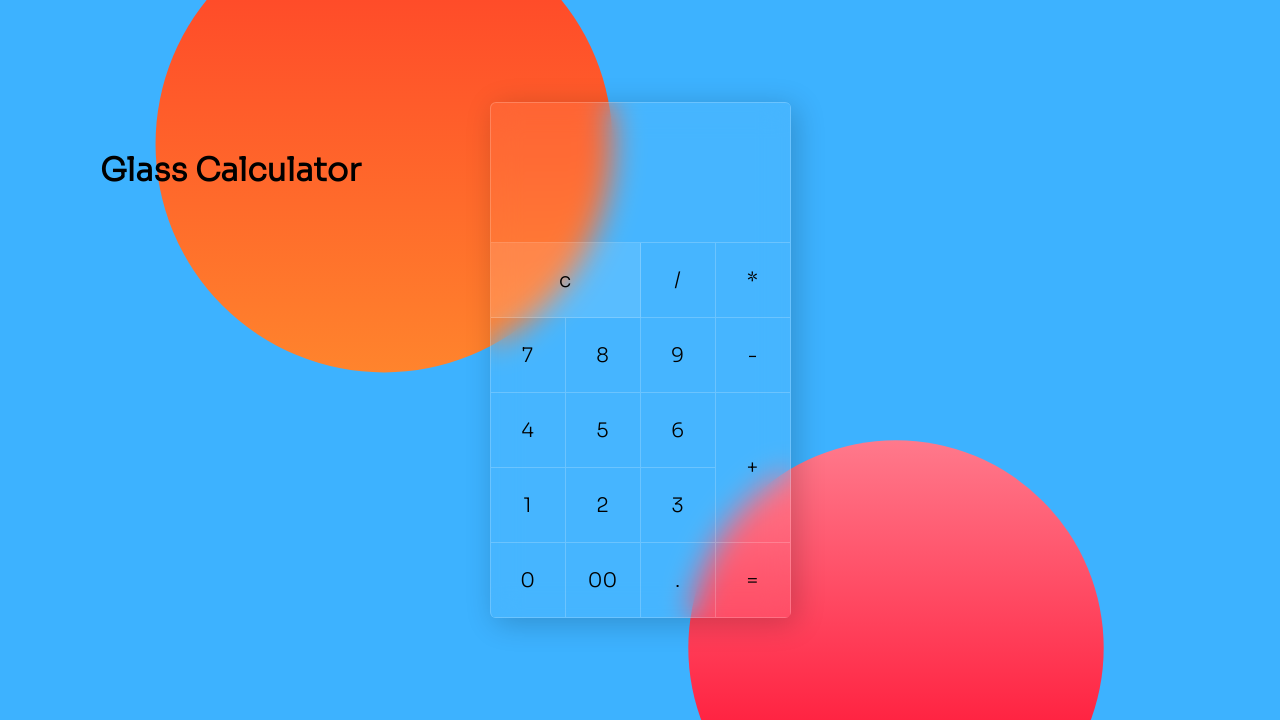
Repository: tharunkumaar404/Glass-Calci
Page: index.html
These files come from the project's save history. The page is drawn as it stood at one moment and after the next save; the edit follows.
The browser window is 1280 px wide. The pictures show the whole page.

Above is the page before, as saved 2021-08-26 15:14:27.

### index.html
<!DOCTYPE html>
<html lang="en">
<head>
    <meta charset="UTF-8">
    <meta http-equiv="X-UA-Compatible" content="IE=edge">
    <meta name="viewport" content="width=device-width, initial-scale=1.0">
    <title>Calculator</title>
    <link rel="stylesheet" href="styles.css">
</head>
<body>
    <div class="container">
        <form class="calculator" name="calc">
            <input type="text" readonly class="value" name="txt"/>
            <span class="num clear" onclick="calc.txt.value = ''">c</span>
            <span class="num" onclick="document.calc.txt.value +='/'">/</span>
            <span class="num" onclick="document.calc.txt.value +='*'">*</span>
            <span class="num" onclick="document.calc.txt.value +='7'">7</span>
            <span class="num" onclick="document.calc.txt.value +='8'">8</span>
            <span class="num" onclick="document.calc.txt.value +='9'">9</span>
            <span class="num" onclick="document.calc.txt.value +='-'">-</span>
            <span class="num" onclick="document.calc.txt.value +='4'">4</span>
            <span class="num " onclick="document.calc.txt.value +='5'">5</span>
            <span class="num" onclick="document.calc.txt.value +='6'">6</span>
            <span class="num plus" onclick="document.calc.txt.value +='+'">+</span>
            <span class="num" onclick="document.calc.txt.value +='1'">1</span>
            <span class="num" onclick="document.calc.txt.value +='2'">2</span>
            <span class="num" onclick="document.calc.txt.value +='3'">3</span>
            <span class="num" onclick="document.calc.txt.value +='0'">0</span>
            <span class="num" onclick="document.calc.txt.value +='00'">00</span>
            <span class="num" onclick="document.calc.txt.value +='.'"">.</span>
            <span class="num equal" onclick="document.calc.txt.value =eval(calc.txt.value)">=</span>
        </form>
    </div>
    <h1>Glass Calculator</h1>
    <script type="text/javascript" src="vanilla-tilt.js"></script>
    <script type="text/javascript">
    	VanillaTilt.init(document.querySelector(".container"), {
    		max: 15,
    		speed: 400,
            glare: true,
            "max-glare":0.2,
            gyroscope:true,
    	});
    </script>
</body>
</html>

### styles.css
@import url('https://fonts.googleapis.com/css2?family=Sora:wght@300&display=swap');

*{
    margin: 0;
    padding: 0;
    box-sizing: border-box;
    font-family: 'Sora', sans-serif;
}

body{
display:flex;
justify-content: center;
align-items: center;
min-height: 100vh;
background: #3DB2FF;
}

body::before{
    content: '';
    position: absolute;
    top: 0;
    left:0;
    width: 100%;
    height:100%;
    background:linear-gradient(#FF4C29,#FFB830);
    clip-path: circle(22% at 30% 20%);
}
body::after{
    content: '';
    position: absolute;
    top: 0;
    left:0;
    width: 100%;
    height:100%;
    background:linear-gradient(#fff,#FF2442);
    clip-path: circle(20% at 70% 90%);
}

.container{
    position:relative;
    background: rgba(255,255,255,0.05);
    border-radius: 6px;
    overflow: hidden;
    z-index:10;
    backdrop-filter: blur(15px);
    border-top: 1px solid rgba(255,255,255,0.2);
    border-left:1px solid rgba(255,255,255,0.2);
    box-shadow: 5px 5px 30px rgba(0,0,0,0.2);

}

.container .calculator{
    position:relative;
    display:grid;

}

.container .calculator .value{
    grid-column: span 4;
    height: 140px;
    width:300px;
    text-align:right;
    border:none;
    outline:none;
    padding:10px;
    font-size:30px;
    background: transparent;
    color: #000;
    border-bottom: 1px solid rgba(255,255,255,0.2);
    border-right:1px solid rgba(255,255,255,0.2);


}
.container .calculator span {
    display:grid;
    place-items:center;
    height: 75px;
    width:75px;
    color:black;
    cursor:pointer;
    font-weight:400;
    font-size:20px;
    user-select:none;
    border-bottom: 1px solid rgba(255,255,255,0.2);
    border-right:1px solid rgba(255,255,255,0.2);
    transition: 0.5s;


}
.container .calculator span:hover{
    transition: 0s;
    background: rgba(255,255,255,0.2);
}

.container .calculator span:active{
    background: #3DB2FF;
    color: #F7F3E9;
    font-size: 24px;
    font-weight: 500;

}
.container .calculator .clear{
    grid-column: span 2;
    width:150px;
    background: rgba(255,255,255,0.1);
}
.container .calculator .plus{
grid-row: span 2;
height:150px;
}

h1{
    position: absolute;
    left:100px;
    top:150px;
}

### vanilla-tilt.js
var VanillaTilt = (function () {
'use strict';

/**
 * Created by Sergiu Șandor (micku7zu) on 1/27/2017.
 * Original idea: https://github.com/gijsroge/tilt.js
 * MIT License.
 * Version 1.7.1
 */

class VanillaTilt {
  constructor(element, settings = {}) {
    if (!(element instanceof Node)) {
      throw ("Can't initialize VanillaTilt because " + element + " is not a Node.");
    }

    this.width = null;
    this.height = null;
    this.clientWidth = null;
    this.clientHeight = null;
    this.left = null;
    this.top = null;

    // for Gyroscope sampling
    this.gammazero = null;
    this.betazero = null;
    this.lastgammazero = null;
    this.lastbetazero = null;

    this.transitionTimeout = null;
    this.updateCall = null;
    this.event = null;

    this.updateBind = this.update.bind(this);
    this.resetBind = this.reset.bind(this);

    this.element = element;
    this.settings = this.extendSettings(settings);

    this.reverse = this.settings.reverse ? -1 : 1;
    this.glare = VanillaTilt.isSettingTrue(this.settings.glare);
    this.glarePrerender = VanillaTilt.isSettingTrue(this.settings["glare-prerender"]);
    this.fullPageListening = VanillaTilt.isSettingTrue(this.settings["full-page-listening"]);
    this.gyroscope = VanillaTilt.isSettingTrue(this.settings.gyroscope);
    this.gyroscopeSamples = this.settings.gyroscopeSamples;

    this.elementListener = this.getElementListener();

    if (this.glare) {
      this.prepareGlare();
    }

    if (this.fullPageListening) {
      this.updateClientSize();
    }

    this.addEventListeners();
    this.updateInitialPosition();
  }

  static isSettingTrue(setting) {
    return setting === "" || setting === true || setting === 1;
  }

  /**
   * Method returns element what will be listen mouse events
   * @return {Node}
   */
  getElementListener() {
    if (this.fullPageListening) {
      return window.document;
    }

    if (typeof this.settings["mouse-event-element"] === "string") {
      const mouseEventElement = document.querySelector(this.settings["mouse-event-element"]);

      if (mouseEventElement) {
        return mouseEventElement;
      }
    }

    if (this.settings["mouse-event-element"] instanceof Node) {
      return this.settings["mouse-event-element"];
    }

    return this.element;
  }

  /**
   * Method set listen methods for this.elementListener
   * @return {Node}
   */
  addEventListeners() {
    this.onMouseEnterBind = this.onMouseEnter.bind(this);
    this.onMouseMoveBind = this.onMouseMove.bind(this);
    this.onMouseLeaveBind = this.onMouseLeave.bind(this);
    this.onWindowResizeBind = this.onWindowResize.bind(this);
    this.onDeviceOrientationBind = this.onDeviceOrientation.bind(this);

    this.elementListener.addEventListener("mouseenter", this.onMouseEnterBind);
    this.elementListener.addEventListener("mouseleave", this.onMouseLeaveBind);
    this.elementListener.addEventListener("mousemove", this.onMouseMoveBind);

    if (this.glare || this.fullPageListening) {
      window.addEventListener("resize", this.onWindowResizeBind);
    }

    if (this.gyroscope) {
      window.addEventListener("deviceorientation", this.onDeviceOrientationBind);
    }
  }

  /**
   * Method remove event listeners from current this.elementListener
   */
  removeEventListeners() {
    this.elementListener.removeEventListener("mouseenter", this.onMouseEnterBind);
    this.elementListener.removeEventListener("mouseleave", this.onMouseLeaveBind);
    this.elementListener.removeEventListener("mousemove", this.onMouseMoveBind);

    if (this.gyroscope) {
      window.removeEventListener("deviceorientation", this.onDeviceOrientationBind);
    }

    if (this.glare || this.fullPageListening) {
      window.removeEventListener("resize", this.onWindowResizeBind);
    }
  }

  destroy() {
    clearTimeout(this.transitionTimeout);
    if (this.updateCall !== null) {
      cancelAnimationFrame(this.updateCall);
    }

    this.reset();

    this.removeEventListeners();
    this.element.vanillaTilt = null;
    delete this.element.vanillaTilt;

    this.element = null;
  }

  onDeviceOrientation(event) {
    if (event.gamma === null || event.beta === null) {
      return;
    }

    this.updateElementPosition();

    if (this.gyroscopeSamples > 0) {
      this.lastgammazero = this.gammazero;
      this.lastbetazero = this.betazero;

      if (this.gammazero === null) {
        this.gammazero = event.gamma;
        this.betazero = event.beta;
      } else {
        this.gammazero = (event.gamma + this.lastgammazero) / 2;
        this.betazero = (event.beta + this.lastbetazero) / 2;
      }

      this.gyroscopeSamples -= 1;
    }

    const totalAngleX = this.settings.gyroscopeMaxAngleX - this.settings.gyroscopeMinAngleX;
    const totalAngleY = this.settings.gyroscopeMaxAngleY - this.settings.gyroscopeMinAngleY;

    const degreesPerPixelX = totalAngleX / this.width;
    const degreesPerPixelY = totalAngleY / this.height;

    const angleX = event.gamma - (this.settings.gyroscopeMinAngleX + this.gammazero);
    const angleY = event.beta - (this.settings.gyroscopeMinAngleY + this.betazero);

    const posX = angleX / degreesPerPixelX;
    const posY = angleY / degreesPerPixelY;

    if (this.updateCall !== null) {
      cancelAnimationFrame(this.updateCall);
    }

    this.event = {
      clientX: posX + this.left,
      clientY: posY + this.top,
    };

    this.updateCall = requestAnimationFrame(this.updateBind);
  }

  onMouseEnter() {
    this.updateElementPosition();
    this.element.style.willChange = "transform";
    this.setTransition();
  }

  onMouseMove(event) {
    if (this.updateCall !== null) {
      cancelAnimationFrame(this.updateCall);
    }

    this.event = event;
    this.updateCall = requestAnimationFrame(this.updateBind);
  }

  onMouseLeave() {
    this.setTransition();

    if (this.settings.reset) {
      requestAnimationFrame(this.resetBind);
    }
  }

  reset() {
    this.event = {
      clientX: this.left + this.width / 2,
      clientY: this.top + this.height / 2
    };

    if (this.element && this.element.style) {
      this.element.style.transform = `perspective(${this.settings.perspective}px) ` +
        `rotateX(0deg) ` +
        `rotateY(0deg) ` +
        `scale3d(1, 1, 1)`;
    }

    this.resetGlare();
  }

  resetGlare() {
    if (this.glare) {
      this.glareElement.style.transform = "rotate(180deg) translate(-50%, -50%)";
      this.glareElement.style.opacity = "0";
    }
  }

  updateInitialPosition() {
    if (this.settings.startX === 0 && this.settings.startY === 0) {
      return;
    }

    this.onMouseEnter();

    if (this.fullPageListening) {
      this.event = {
        clientX: (this.settings.startX + this.settings.max) / (2 * this.settings.max) * this.clientWidth,
        clientY: (this.settings.startY + this.settings.max) / (2 * this.settings.max) * this.clientHeight
      };
    } else {
      this.event = {
        clientX: this.left + ((this.settings.startX + this.settings.max) / (2 * this.settings.max) * this.width),
        clientY: this.top + ((this.settings.startY + this.settings.max) / (2 * this.settings.max) * this.height)
      };
    }


    let backupScale = this.settings.scale;
    this.settings.scale = 1;
    this.update();
    this.settings.scale = backupScale;
    this.resetGlare();
  }

  getValues() {
    let x, y;

    if (this.fullPageListening) {
      x = this.event.clientX / this.clientWidth;
      y = this.event.clientY / this.clientHeight;
    } else {
      x = (this.event.clientX - this.left) / this.width;
      y = (this.event.clientY - this.top) / this.height;
    }

    x = Math.min(Math.max(x, 0), 1);
    y = Math.min(Math.max(y, 0), 1);

    let tiltX = (this.reverse * (this.settings.max - x * this.settings.max * 2)).toFixed(2);
    let tiltY = (this.reverse * (y * this.settings.max * 2 - this.settings.max)).toFixed(2);
    let angle = Math.atan2(this.event.clientX - (this.left + this.width / 2), -(this.event.clientY - (this.top + this.height / 2))) * (180 / Math.PI);

    return {
      tiltX: tiltX,
      tiltY: tiltY,
      percentageX: x * 100,
      percentageY: y * 100,
      angle: angle
    };
  }

  updateElementPosition() {
    let rect = this.element.getBoundingClientRect();

    this.width = this.element.offsetWidth;
    this.height = this.element.offsetHeight;
    this.left = rect.left;
    this.top = rect.top;
  }

  update() {
    let values = this.getValues();

    this.element.style.transform = "perspective(" + this.settings.perspective + "px) " +
      "rotateX(" + (this.settings.axis === "x" ? 0 : values.tiltY) + "deg) " +
      "rotateY(" + (this.settings.axis === "y" ? 0 : values.tiltX) + "deg) " +
      "scale3d(" + this.settings.scale + ", " + this.settings.scale + ", " + this.settings.scale + ")";

    if (this.glare) {
      this.glareElement.style.transform = `rotate(${values.angle}deg) translate(-50%, -50%)`;
      this.glareElement.style.opacity = `${values.percentageY * this.settings["max-glare"] / 100}`;
    }

    this.element.dispatchEvent(new CustomEvent("tiltChange", {
      "detail": values
    }));

    this.updateCall = null;
  }

  /**
   * Appends the glare element (if glarePrerender equals false)
   * and sets the default style
   */
  prepareGlare() {
    // If option pre-render is enabled we assume all html/css is present for an optimal glare effect.
    if (!this.glarePrerender) {
      // Create glare element
      const jsTiltGlare = document.createElement("div");
      jsTiltGlare.classList.add("js-tilt-glare");

      const jsTiltGlareInner = document.createElement("div");
      jsTiltGlareInner.classList.add("js-tilt-glare-inner");

      jsTiltGlare.appendChild(jsTiltGlareInner);
      this.element.appendChild(jsTiltGlare);
    }

    this.glareElementWrapper = this.element.querySelector(".js-tilt-glare");
    this.glareElement = this.element.querySelector(".js-tilt-glare-inner");

    if (this.glarePrerender) {
      return;
    }

    Object.assign(this.glareElementWrapper.style, {
      "position": "absolute",
      "top": "0",
      "left": "0",
      "width": "100%",
      "height": "100%",
      "overflow": "hidden",
      "pointer-events": "none"
    });

    Object.assign(this.glareElement.style, {
      "position": "absolute",
      "top": "50%",
      "left": "50%",
      "pointer-events": "none",
      "background-image": `linear-gradient(0deg, rgba(255,255,255,0) 0%, rgba(255,255,255,1) 100%)`,
      "width": `${this.element.offsetWidth * 2}px`,
      "height": `${this.element.offsetWidth * 2}px`,
      "transform": "rotate(180deg) translate(-50%, -50%)",
      "transform-origin": "0% 0%",
      "opacity": "0",
    });
  }

  updateGlareSize() {
    if (this.glare) {
      Object.assign(this.glareElement.style, {
        "width": `${this.element.offsetWidth * 2}`,
        "height": `${this.element.offsetWidth * 2}`,
      });
    }
  }

  updateClientSize() {
    this.clientWidth = window.innerWidth
      || document.documentElement.clientWidth
      || document.body.clientWidth;

    this.clientHeight = window.innerHeight
      || document.documentElement.clientHeight
      || document.body.clientHeight;
  }

  onWindowResize() {
    this.updateGlareSize();
    this.updateClientSize();
  }

  setTransition() {
    clearTimeout(this.transitionTimeout);
    this.element.style.transition = this.settings.speed + "ms " + this.settings.easing;
    if (this.glare) this.glareElement.style.transition = `opacity ${this.settings.speed}ms ${this.settings.easing}`;

    this.transitionTimeout = setTimeout(() => {
      this.element.style.transition = "";
      if (this.glare) {
        this.glareElement.style.transition = "";
      }
    }, this.settings.speed);

  }

  /**
   * Method return patched settings of instance
   * @param {boolean} settings.reverse - reverse the tilt direction
   * @param {number} settings.max - max tilt rotation (degrees)
   * @param {startX} settings.startX - the starting tilt on the X axis, in degrees. Default: 0
   * @param {startY} settings.startY - the starting tilt on the Y axis, in degrees. Default: 0
   * @param {number} settings.perspective - Transform perspective, the lower the more extreme the tilt gets
   * @param {string} settings.easing - Easing on enter/exit
   * @param {number} settings.scale - 2 = 200%, 1.5 = 150%, etc..
   * @param {number} settings.speed - Speed of the enter/exit transition
   * @param {boolean} settings.transition - Set a transition on enter/exit
   * @param {string|null} settings.axis - What axis should be disabled. Can be X or Y
   * @param {boolean} settings.glare - What axis should be disabled. Can be X or Y
   * @param {number} settings.max-glare - the maximum "glare" opacity (1 = 100%, 0.5 = 50%)
   * @param {boolean} settings.glare-prerender - false = VanillaTilt creates the glare elements for you, otherwise
   * @param {boolean} settings.full-page-listening - If true, parallax effect will listen to mouse move events on the whole document, not only the selected element
   * @param {string|object} settings.mouse-event-element - String selector or link to HTML-element what will be listen mouse events
   * @param {boolean} settings.reset - false = If the tilt effect has to be reset on exit
   * @param {gyroscope} settings.gyroscope - Enable tilting by deviceorientation events
   * @param {gyroscopeSensitivity} settings.gyroscopeSensitivity - Between 0 and 1 - The angle at which max tilt position is reached. 1 = 90deg, 0.5 = 45deg, etc..
   * @param {gyroscopeSamples} settings.gyroscopeSamples - How many gyroscope moves to decide the starting position.
   */
  extendSettings(settings) {
    let defaultSettings = {
      reverse: false,
      max: 15,
      startX: 0,
      startY: 0,
      perspective: 1000,
      easing: "cubic-bezier(.03,.98,.52,.99)",
      scale: 1,
      speed: 300,
      transition: true,
      axis: null,
      glare: false,
      "max-glare": 1,
      "glare-prerender": false,
      "full-page-listening": false,
      "mouse-event-element": null,
      reset: true,
      gyroscope: true,
      gyroscopeMinAngleX: -45,
      gyroscopeMaxAngleX: 45,
      gyroscopeMinAngleY: -45,
      gyroscopeMaxAngleY: 45,
      gyroscopeSamples: 10
    };

    let newSettings = {};
    for (var property in defaultSettings) {
      if (property in settings) {
        newSettings[property] = settings[property];
      } else if (this.element.hasAttribute("data-tilt-" + property)) {
        let attribute = this.element.getAttribute("data-tilt-" + property);
        try {
          newSettings[property] = JSON.parse(attribute);
        } catch (e) {
          newSettings[property] = attribute;
        }

      } else {
        newSettings[property] = defaultSettings[property];
      }
    }

    return newSettings;
  }

  static init(elements, settings) {
    if (elements instanceof Node) {
      elements = [elements];
    }

    if (elements instanceof NodeList) {
      elements = [].slice.call(elements);
    }

    if (!(elements instanceof Array)) {
      return;
    }

    elements.forEach((element) => {
      if (!("vanillaTilt" in element)) {
        element.vanillaTilt = new VanillaTilt(element, settings);
      }
    });
  }
}

if (typeof document !== "undefined") {
  /* expose the class to window */
  window.VanillaTilt = VanillaTilt;

  /**
   * Auto load
   */
  VanillaTilt.init(document.querySelectorAll("[data-tilt]"));
}

return VanillaTilt;

}());

After the next save:
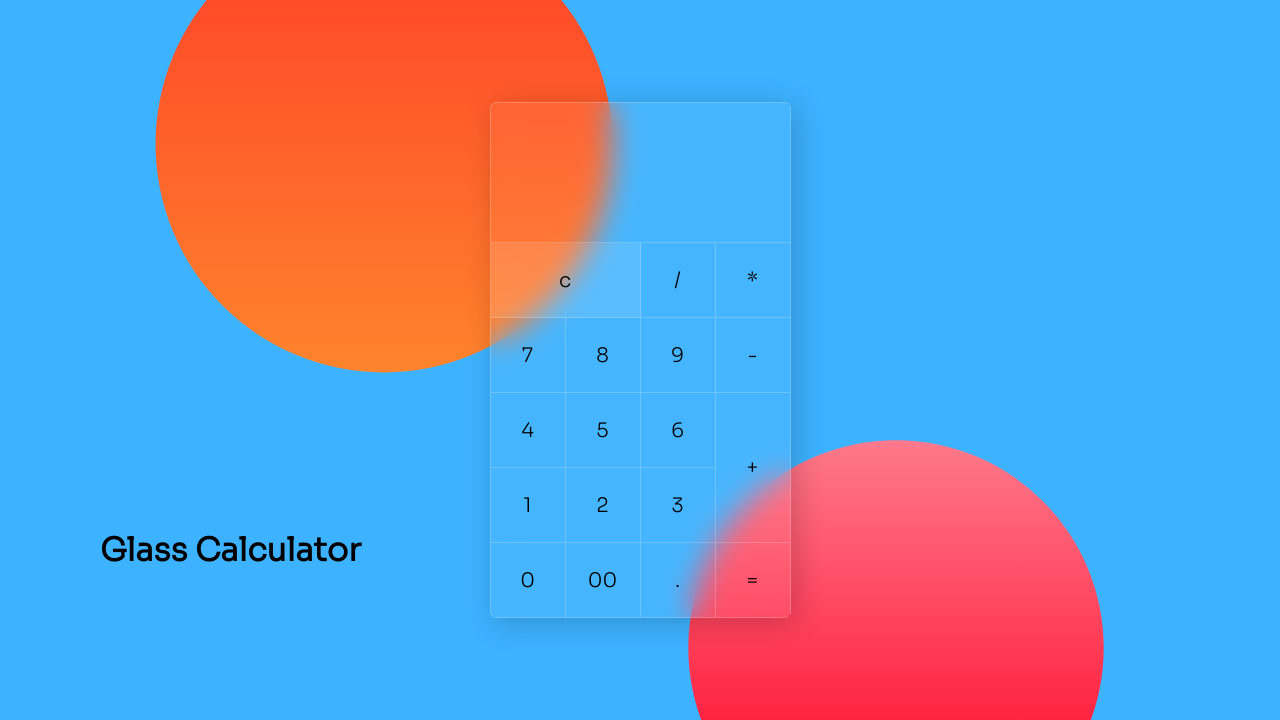
Saved 7 s later.
--- a/styles.css
+++ b/styles.css
@@ -112,5 +112,5 @@ height:150px;
 h1{
     position: absolute;
     left:100px;
-    top:150px;
+    bottom:150px;
 }
